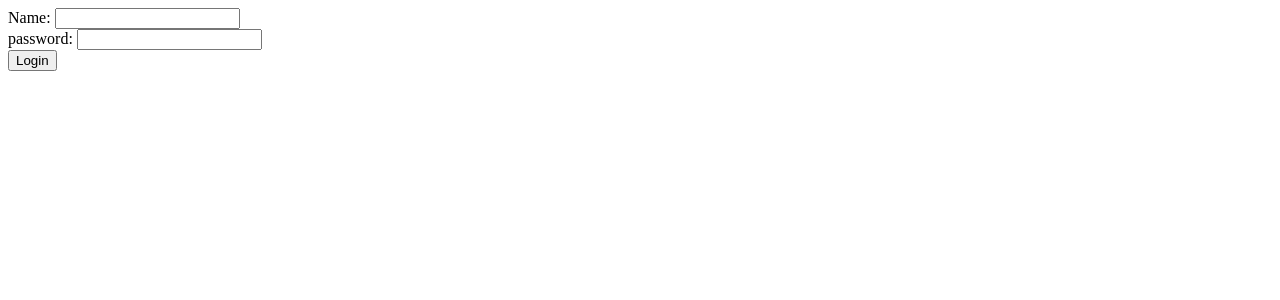
Repository: Ftujio/Stuff
Page: School/internet_programing/SampleServlet/WebContent/index.html
The author's editor kept a copy of each file at every save. The page is drawn from the files as they stood at one save, then again after the next save.
The browser window is 1280 px wide. The pictures show the whole page.

Above is the page before, as saved 2016-10-05 14:50:18.

After the next save:
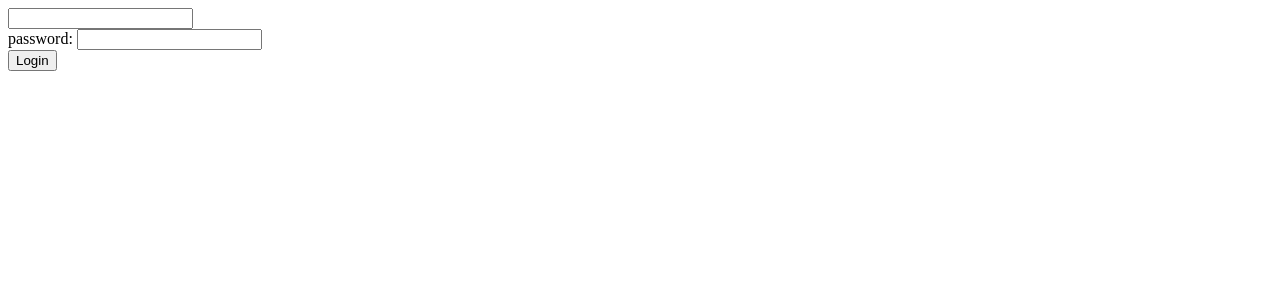
Saved 10 s later.
--- a/School/internet_programing/SampleServlet/WebContent/index.html
+++ b/School/internet_programing/SampleServlet/WebContent/index.html
@@ -7,7 +7,7 @@
 
 <body>
 	<form action="adminServlet">
-		Name:     <input type="text" name="name"><br>
+		<input type="text" name="name"><br>
 		password: <input type="password" name="password"><br>
 		<input type="submit" value="Login">
 	</form>

After the save that followed:
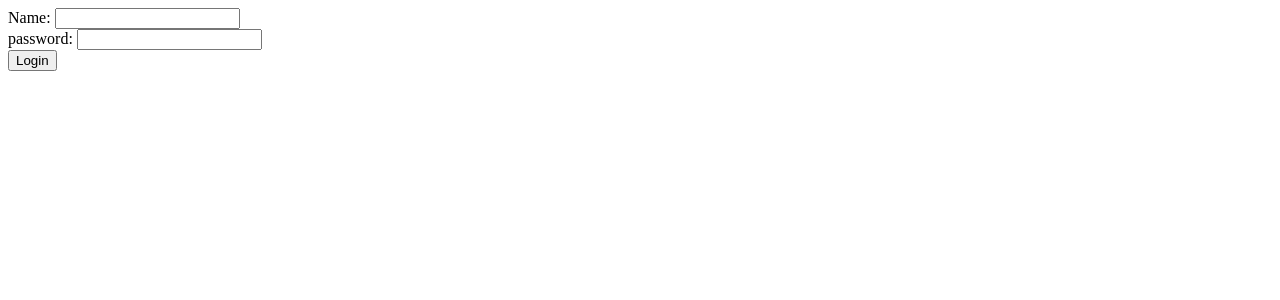
Saved 5 s later.
--- a/School/internet_programing/SampleServlet/WebContent/index.html
+++ b/School/internet_programing/SampleServlet/WebContent/index.html
@@ -7,7 +7,7 @@
 
 <body>
 	<form action="adminServlet">
-		<input type="text" name="name"><br>
+		Name: <input type="text" name="name"><br>
 		password: <input type="password" name="password"><br>
 		<input type="submit" value="Login">
 	</form>
